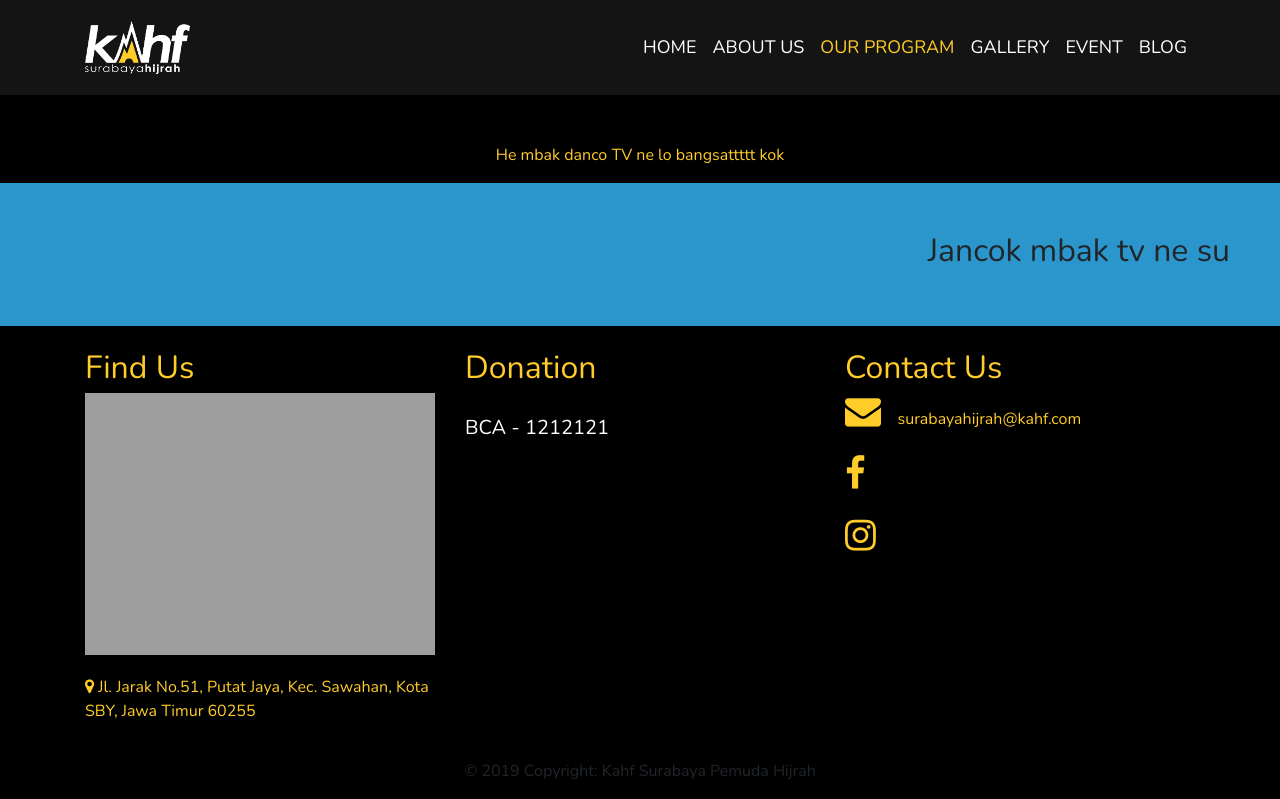
Repository: shandytp/surabaya-hijrah
Page: http://localhost/ourprogram.php
These files come from the project's save history. The page is drawn as it stood at one moment and after a run of saves; the edit follows.
The browser window is 1280 px wide. The pictures show the whole page.
Pictures or frames that could not be fetched are drawn as grey boxes. Some web libraries are served in a nearby version. The page is run by PHP 8.4 with error messages shown; the project is at /var/www/html/.

Above is the page before, as saved 2019-08-20 15:49:18.
Console error: TypeError: Cannot read properties of undefined (reading 'fn')

After the next 2 saves:
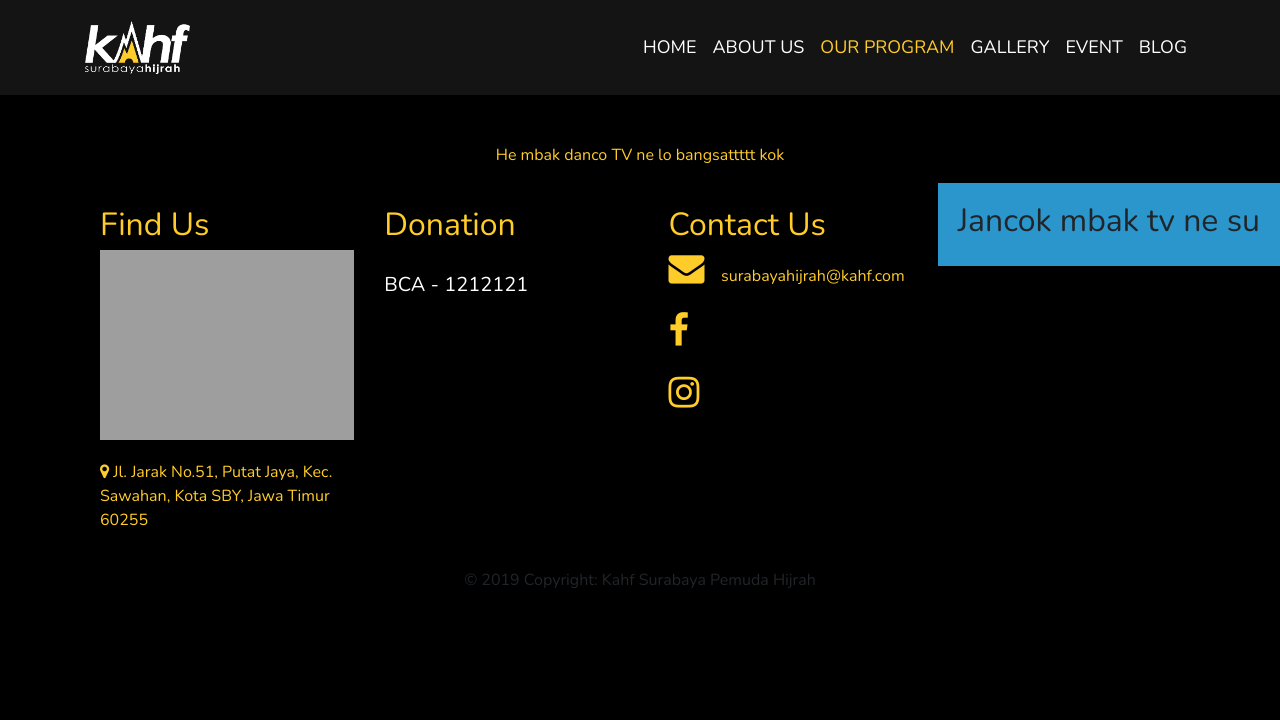
The 2 saves are shown as one change because they came seconds apart.
The last was saved 29 s later.
--- a/css/main.css
+++ b/css/main.css
@@ -22,9 +22,9 @@
 
 /*OUR PROGRAM...................................*/
 .tivi {
-  text-align: right;
+  float: right;
   background-color: #2b96cc;
-  padding: 50px;
+  padding: 20px;
 }
 /*VISI MISI.....................................*/
 .visi {
